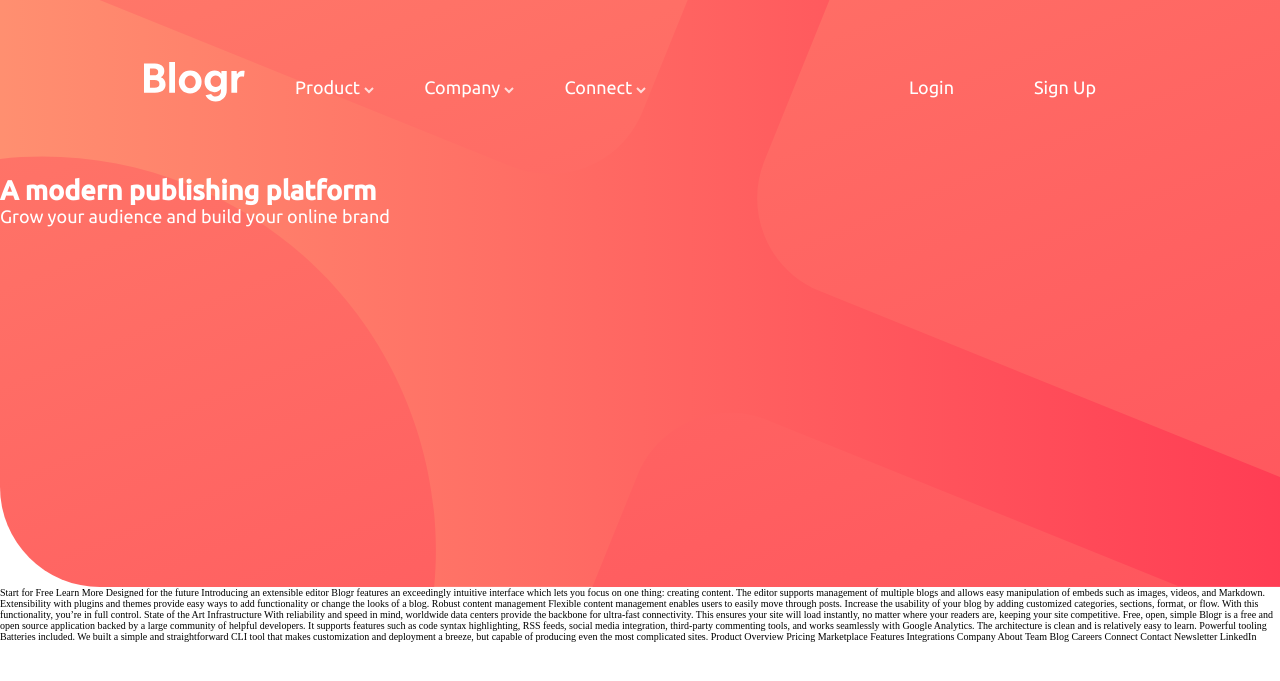
Repository: tomas938/tomaspage3
Page: index.html
The author's editor kept a copy of each file at every save. The page is drawn from the files as they stood at one save, then again after a run of saves.
The browser window is 1280 px wide. The pictures show the whole page.
The style sheet was rebuilt from its Sass, Less or Tailwind sources for each picture, by a compiler version that may differ from the author's.

Above is the page before, as saved 2021-07-30 09:07:42.

### index.html
<!DOCTYPE html>
<html lang="en">
	<head>
		<meta charset="UTF-8" />
		<meta name="viewport" content="width=device-width, initial-scale=1.0" />
		<!-- displays site properly based on user's device -->

		<link
			rel="icon"
			type="image/png"
			sizes="32x32"
			href="./images/favicon-32x32.png"
		/>

		<title>Frontend Mentor | [Blogr]</title>

		<link rel="stylesheet" href="./scss/main.css" />
	</head>
	<body>
		<section class="intro">
			<header>
				<nav class="intro__navigation">
					<div class="intro__navigation__logo">
						<svg width="101" height="40" xmlns="http://www.w3.org/2000/svg">
							<path
								d="M0 30.803V1.486h10.653c1.982 0 3.695.31 5.14.93 1.446.619 2.56 1.5 3.345 2.642.785 1.142 1.177 2.484 1.177 4.026 0 1.404-.303 2.636-.909 3.695a6.48 6.48 0 01-2.56 2.498c1.487.578 2.643 1.494 3.469 2.746.826 1.253 1.239 2.732 1.239 4.439 0 1.707-.44 3.18-1.322 4.418-.88 1.239-2.12 2.202-3.716 2.89-1.596.688-3.482 1.033-5.657 1.033H0zM5.946 6.565v6.73h4.046c1.35 0 2.388-.282 3.118-.846.73-.564 1.094-1.397 1.094-2.498 0-1.101-.365-1.94-1.094-2.519-.73-.578-1.769-.867-3.118-.867H5.946zm0 19.159h4.624c1.542 0 2.732-.33 3.572-.991.84-.66 1.26-1.61 1.26-2.85 0-1.238-.42-2.188-1.26-2.848-.84-.66-2.03-.991-3.572-.991H5.946v7.68zm19.282 5.079V0h5.781v30.803h-5.78zm20.893.619c-1.624 0-3.124-.29-4.5-.867a10.94 10.94 0 01-3.593-2.416 10.96 10.96 0 01-2.374-3.654c-.564-1.404-.846-2.931-.846-4.583 0-1.652.289-3.173.867-4.563a11.354 11.354 0 012.415-3.654 10.96 10.96 0 013.634-2.436c1.39-.578 2.91-.867 4.562-.867 1.625 0 3.125.289 4.501.867a10.94 10.94 0 013.592 2.416 11.01 11.01 0 012.375 3.633c.564 1.39.846 2.911.846 4.563 0 1.651-.289 3.179-.867 4.583a11.297 11.297 0 01-2.416 3.675 10.96 10.96 0 01-3.633 2.436c-1.39.578-2.911.867-4.563.867zm.083-5.203c1.046 0 1.982-.275 2.808-.825.825-.551 1.48-1.301 1.96-2.25.483-.95.723-2.03.723-3.242 0-1.211-.24-2.292-.722-3.241-.482-.95-1.136-1.7-1.961-2.25-.826-.551-1.762-.826-2.808-.826-1.046 0-1.982.275-2.808.825-.826.55-1.48 1.301-1.961 2.25-.482.95-.723 2.03-.723 3.242 0 1.211.241 2.292.723 3.241.482.95 1.135 1.7 1.961 2.25.826.551 1.762.826 2.808.826zm24.155 3.964a9.13 9.13 0 01-3.86-.826 9.492 9.492 0 01-3.118-2.291c-.881-.977-1.57-2.12-2.065-3.427-.495-1.308-.743-2.719-.743-4.233 0-1.569.255-3.02.764-4.356a10.614 10.614 0 012.147-3.489 10.174 10.174 0 013.22-2.333c1.225-.564 2.554-.846 3.985-.846 1.404 0 2.67.282 3.799.846a7.402 7.402 0 012.807 2.457l.124-2.684h5.327v19.2c0 1.68-.269 3.207-.805 4.584-.537 1.376-1.301 2.56-2.292 3.55a10.231 10.231 0 01-3.53 2.292c-1.363.537-2.87.805-4.522.805-1.624 0-3.083-.254-4.376-.764a10.468 10.468 0 01-3.386-2.126 10.035 10.035 0 01-2.271-3.18L67.097 32a5.452 5.452 0 001.92 1.879c.784.454 1.672.681 2.663.681 1.074 0 2.003-.24 2.787-.723.785-.481 1.397-1.156 1.838-2.023.44-.867.66-1.879.66-3.035v-1.775a7.793 7.793 0 01-2.828 2.333c-1.143.564-2.402.846-3.778.846zm1.404-5.12c1.018 0 1.92-.254 2.704-.764a5.556 5.556 0 001.879-2.064c.468-.867.702-1.851.702-2.952 0-1.102-.234-2.086-.702-2.953a5.556 5.556 0 00-1.879-2.064c-.784-.51-1.686-.764-2.704-.764-1.019 0-1.92.255-2.705.764a5.556 5.556 0 00-1.879 2.064c-.468.867-.702 1.851-.702 2.953 0 1.1.234 2.085.702 2.952a5.556 5.556 0 001.88 2.064c.784.51 1.685.764 2.704.764zm15.607 5.74V9h5.327l.206 3.304c.55-1.157 1.294-2.044 2.23-2.664.936-.62 2.037-.929 3.303-.929.386 0 .77.035 1.156.103.386.07.73.159 1.033.269l-.62 5.698a4.361 4.361 0 00-.929-.227 7.495 7.495 0 00-.97-.062c-1.597 0-2.822.489-3.675 1.466-.853.977-1.28 2.36-1.28 4.15v10.694h-5.78z"
								fill="#FFF"
								fill-rule="nonzero"
							/>
						</svg>
						<ul>
							<li>
								<a href="#">Product</a>
								<svg xmlns="http://www.w3.org/2000/svg" width="10" height="7">
									<path
										fill="none"
										stroke="#FFF"
										stroke-width="2"
										opacity=".75"
										d="M1 1l4 4 4-4"
									/>
								</svg>
							</li>
							<li>
								<a href="#">Company</a>
								<svg xmlns="http://www.w3.org/2000/svg" width="10" height="7">
									<path
										fill="none"
										stroke="#FFF"
										stroke-width="2"
										opacity=".75"
										d="M1 1l4 4 4-4"
									/>
								</svg>
							</li>
							<li>
								<a href="#">Connect</a>
								<svg xmlns="http://www.w3.org/2000/svg" width="10" height="7">
									<path
										fill="none"
										stroke="#FFF"
										stroke-width="2"
										opacity=".75"
										d="M1 1l4 4 4-4"
									/>
								</svg>
							</li>
						</ul>
					</div>
					<div class="intro__navigation__login">
						<div class="button button--1">Login</div>
						<div class="button button--2">Sign Up</div>
					</div>
				</nav>
			</header>
			<div class="intro__description">
				<h1>A modern publishing platform</h1>
				<p>Grow your audience and build your online brand</p>
			</div>
		</section>

		Start for Free Learn More Designed for the future Introducing an extensible
		editor Blogr features an exceedingly intuitive interface which lets you
		focus on one thing: creating content. The editor supports management of
		multiple blogs and allows easy manipulation of embeds such as images,
		videos, and Markdown. Extensibility with plugins and themes provide easy
		ways to add functionality or change the looks of a blog. Robust content
		management Flexible content management enables users to easily move through
		posts. Increase the usability of your blog by adding customized categories,
		sections, format, or flow. With this functionality, you’re in full control.
		State of the Art Infrastructure With reliability and speed in mind,
		worldwide data centers provide the backbone for ultra-fast connectivity.
		This ensures your site will load instantly, no matter where your readers
		are, keeping your site competitive. Free, open, simple Blogr is a free and
		open source application backed by a large community of helpful developers.
		It supports features such as code syntax highlighting, RSS feeds, social
		media integration, third-party commenting tools, and works seamlessly with
		Google Analytics. The architecture is clean and is relatively easy to learn.
		Powerful tooling Batteries included. We built a simple and straightforward
		CLI tool that makes customization and deployment a breeze, but capable of
		producing even the most complicated sites. Product Overview Pricing
		Marketplace Features Integrations Company About Team Blog Careers Connect
		Contact Newsletter LinkedIn
	</body>
</html>

### scss/main.scss
@import "../scss_partials/variables";
@import "../scss_partials/resets";
@import "../scss_partials/intro";

### scss_partials/_variables.scss
//Colors

/* PRIMARY */

$light-red: hsl(356, 100%, 66%);
$very-light-red: hsl(355, 100%, 74%);
$very-dark-blue: hsl(208, 49%, 24%);

/* NEUTRAL */

$white: hsl(0, 0%, 100%);
$grayish-blue: hsl(240, 2%, 79%); //Footer Text
$very-dark-grayish-blue: hsl(207, 13%, 34%);
$very-dark-black-blue: hsl(240, 10%, 16%); //Footer Background

/* GRADIENT */

$very-light-red-gradient: hsl(13, 100%, 72%); // Intro /CTA
$light-red-gradient: hsl(353, 100%, 62%); // Intro /CTA

$very-dark-gray-blue: hsl(237, 17%, 21%); // Background body gradient
$very-dark-desaturated-blue: hsl(237, 23%, 32%); // Background body gradient

//Fonts

@import url("https://fonts.googleapis.com/css2?family=Overpass:wght@300;600&display=swap");

$font-primary: "Overpass", sans-serif;
$font-weight-primary-light: 300;
$font-weight-primary-bold: 600;

@import url("https://fonts.googleapis.com/css2?family=Ubuntu:ital,wght@0,400;0,500;1,700&display=swap");

$font-secondary: "Ubuntu", sans-serif;

$font-weight-secondary-light: 400;
$font-weight-secondary-medium: 500;
$font-weight-secondary-bold: 700;

### scss_partials/_resets.scss
* {
	margin: 0;
	padding: 0;
	box-sizing: border-box;
}
html {
	font-size: 62.5%;
}
li {
	list-style: none;
}
a {
	text-decoration: none;
}

### scss_partials/_intro.scss
.intro {
	height: 81.5vh;
	background-image: url(../images/bg-pattern-intro.svg),
		linear-gradient(to right, $very-light-red-gradient, $light-red-gradient);
	background-position: center center;
	border-bottom-left-radius: 10rem;
	font-family: $font-secondary;
	font-weight: $font-weight-secondary-light;
	color: $white;
	font-size: 1.8rem;
	header {
		width: 100%;
	}
	&__navigation {
		width: 77.5%;
		margin: auto;
		padding: 6.2rem 0;
		display: flex;
		justify-content: space-between;
		&__logo {
			display: flex;
		}
		ul {
			display: flex;
			align-items: center;
		}
		li {
			margin-left: 5rem;
		}

		a {
			color: $white;
		}
		&__login {
			display: flex;
			align-items: center;

			// .signup {
			// 	cursor: pointer;
			// 	padding: 1.5rem 4rem;
			// 	border-radius: 3rem;
			// 	background-color: $white;
			// 	color: $light-red;
			// 	font-family: $font-secondary;
			// 	font-weight: $font-weight-secondary-bold;
			// 	transition: all 0.3s ease-in-out;
			// }
			// .signup:hover {
			// 	background-color: hsla(0, 0%, 100%, 0.267);
			// 	color: $white;
			// }
			.button {
				cursor: pointer;
				padding: 1.5rem 4rem;
				border-radius: 3rem;
			}
			.button--2 {
			}
		}
	}
}

After the next 2 saves:
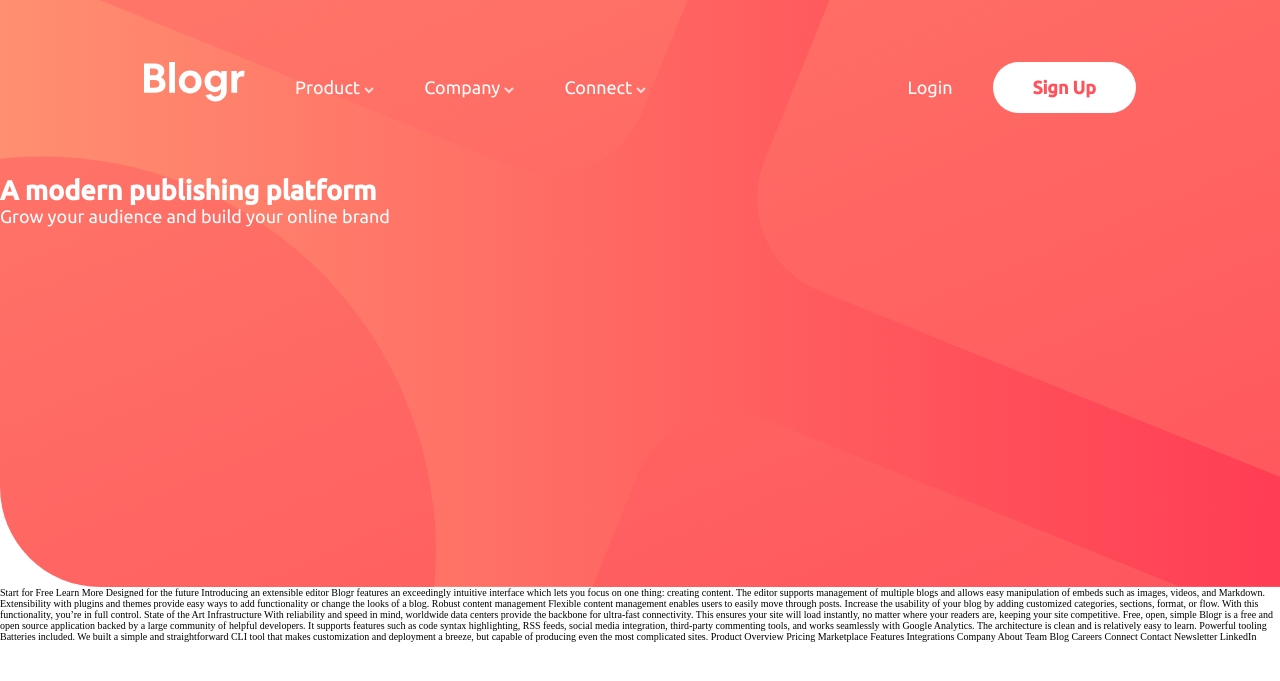
The 2 saves are shown as one change because they came seconds apart.
The last was saved 12 s later.
--- a/scss_partials/_intro.scss
+++ b/scss_partials/_intro.scss
@@ -55,6 +55,11 @@
 				border-radius: 3rem;
 			}
 			.button--2 {
+				background-color: $white;
+				color: $light-red;
+				font-family: $font-secondary;
+				font-weight: $font-weight-secondary-bold;
+				transition: all 0.3s ease-in-out;
 			}
 		}
 	}
